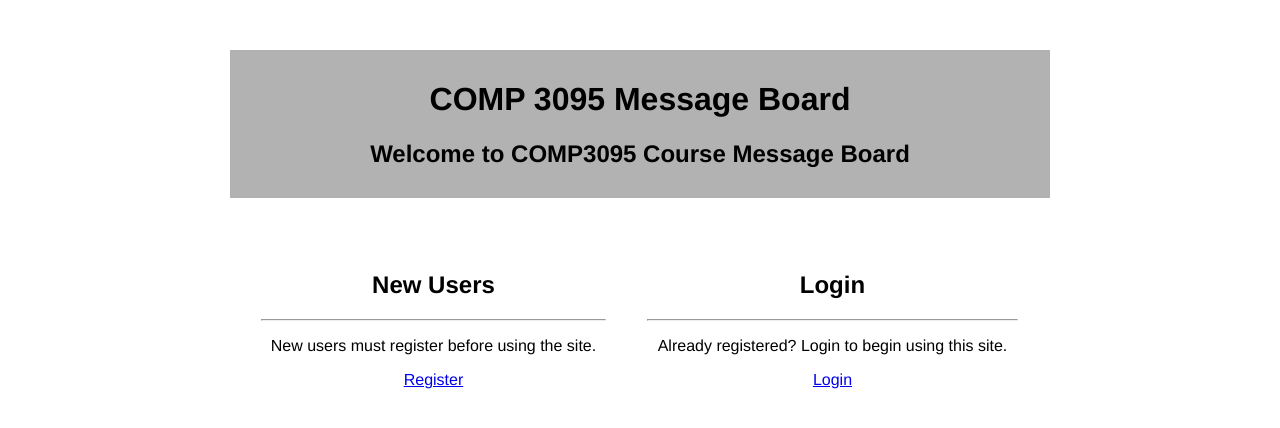
Repository: JesseFo/Whitespace
Page: whitespace/WebContent/WEB-INF/index.html
An editor plug-in stored every save of this project. The page is shown before and after the next save, followed by the edit.
The browser window is 1280 px wide. The pictures show the whole page.

Above is the page before, as saved 2015-10-14 02:56:27.

After the next save:
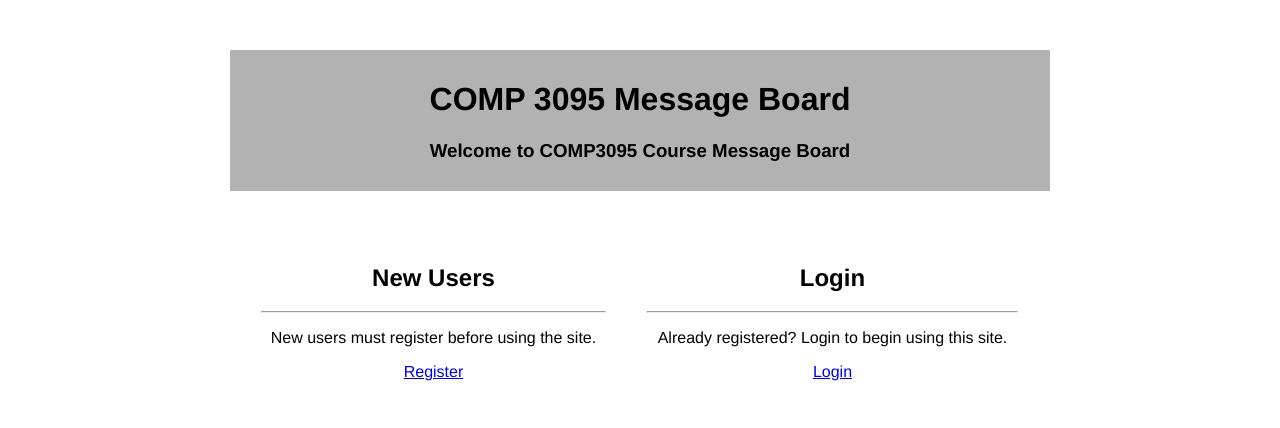
Saved 30 s later.
--- a/whitespace/WebContent/WEB-INF/index.html
+++ b/whitespace/WebContent/WEB-INF/index.html
@@ -10,7 +10,7 @@
 		<div id="wrapper">
 			<div id="title">
 				<h1>COMP 3095 Message Board</h1>
-				<h2>Welcome to COMP3095 Course Message Board</h2>
+				<h3>Welcome to COMP3095 Course Message Board</h3>
 			</div>
 
 			<div id="content">
